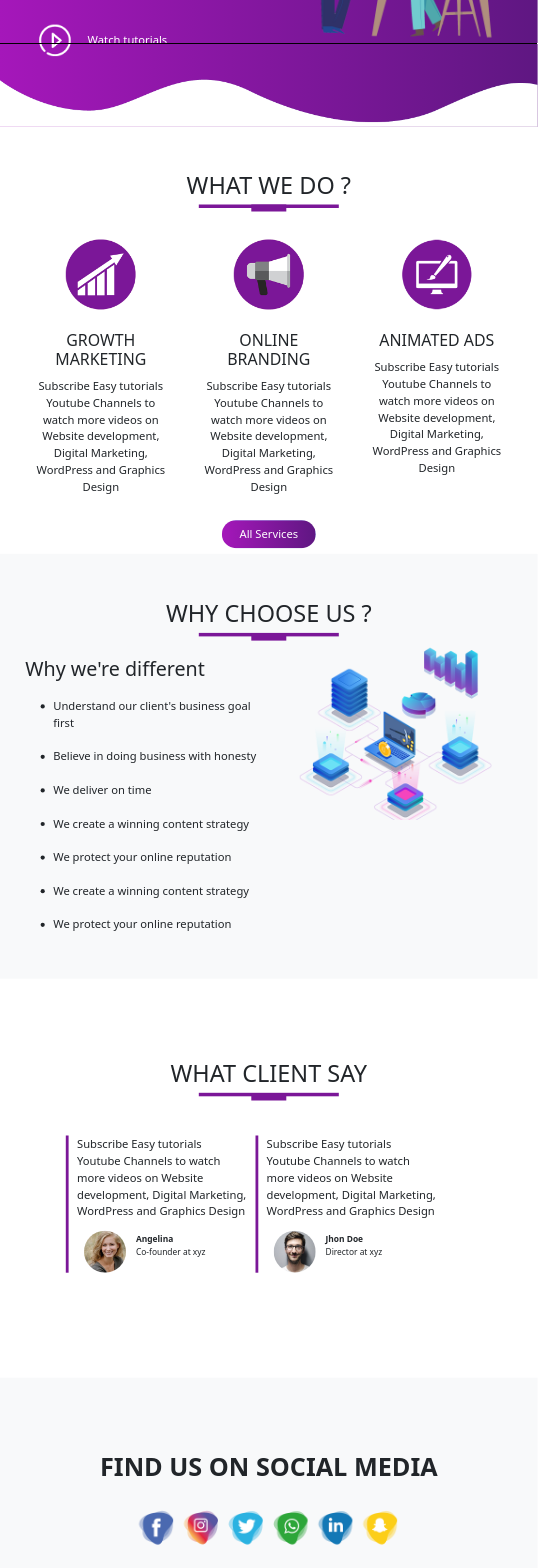
Repository: wadelfadill/Bootstrap_tache_2_website_design
Page: index.html
The author's editor kept a copy of each file at every save. The page is drawn from the files as they stood at one save, then again after the next save.
The browser window is 768 px wide. The pictures show the part of the page from y = 303 to 2543 px (the page is 3021 px tall before and 3012 px after), at 70% of full size.
Some web libraries are served in a nearby version.

Above is the page before, as saved 2023-04-06 15:31:47.

### index.html
<!DOCTYPE html>
<html lang="en">
<head>
    <meta charset="UTF-8">
    <meta http-equiv="X-UA-Compatible" content="IE=edge">
    <meta name="viewport" content="width=device-width, initial-scale=1.0">
    <!-- bootstrap css link -->
    <link href="https://cdn.jsdelivr.net/npm/bootstrap@5.1.3/dist/css/bootstrap.min.css" rel="stylesheet" integrity="sha384-1BmE4kWBq78iYhFldvKuhfTAU6auU8tT94WrHftjDbrCEXSU1oBoqyl2QvZ6jIW3" crossorigin="anonymous">
    <!-- css sheet link -->
    <link rel="stylesheet" href="style.css">
    <!-- fontawsome link -->
    <link rel="stylesheet" href="https://cdn.jsdelivr.net/npm/@fortawesome/fontawesome-free@6.2.1/css/fontawesome.min.css">
    <title>bootstrap_website_design</title>
    <script src="https://kit.fontawesome.com/8f130c8a35.js" crossorigin="anonymous"></script>
</head>
<body>
    <section id="nav-bar" class="sticky-top t-0">
        <nav class="navbar navbar-expand-lg navbar-light p-0">
            <div class="container-fluid">
              <a class="navbar-brand" href="#"><img src="images/demo-logo.png" alt="" class="w-75 h-50 p-2"></a>
              <button class="navbar-toggler" type="button" data-bs-toggle="collapse" data-bs-target="#navbarSupportedContent" aria-controls="navbarSupportedContent" aria-expanded="false" aria-label="Toggle navigation">
                <span><i class="fa-solid fa-bars fs-1" style="color: #ffffff;"></i></span>
              </button>
              <div class="collapse navbar-collapse justify-content-end" id="navbarSupportedContent">
                <ul class="navbar-nav ms-auto mb-2 mb-lg-0 ">
                  <li class="nav-item pt-0 pb-1 fw-bold">
                    <a class="nav-link active text-white float-end text-start" aria-current="page" href="#banner">HOME</a>
                  </li>
                  <li class="nav-item pt-0 pb-1 fw-bold">
                    <a class="nav-link text-white float-end text-start" href="#services">SERVICES</a>
                  </li>
                  <li class="nav-item pt-0 pb-1 fw-bold">
                    <a class="nav-link text-white float-end text-start" href="#about-us">ABOUT US</a>
                  </li>
                  <li class="nav-item pt-0 pb-1 fw-bold">
                    <a class="nav-link text-white float-end text-start" href="#testimonials">TESTIMONIALS</a>
                  </li>
                  <li class="nav-item pt-0 pb-1 fw-bold">
                    <a class="nav-link text-white float-end text-start" href="#footer">CONTACT</a>
                  </li>
                </ul>
              </div>
            </div>
          </nav>
    </section>
     <!--banner section  -->
     <section id="banner" class="text-white pt-5">
      <div class="container">
        <div class="row">
          <div class="col-md-6">
            <p class="h2 mt-5">BEST DIGITAL AGENCY</p>
            <p>
              Subscribe Easy tutorials Youtube Channels to watch more videos on
              Website development, Digital Marketing, WordPress and Graphics Design
            </p>
            <a href="" class="tuto text-white text-decoration-none"><img src="images/play.png" alt="" class="play-btn"> Watch tutorials</a>
          </div>
          <div class="col-md-6 text-center">
            <img src="images/home2.png" alt="" class="img-fluid">
          </div>
        </div>
      </div>
     <img src="images/wave1.png" alt="" class="w-100">
     </section>
     <!-- services section -->
     <section id="services" class="pt-5 pb-0">
        <div class="container text-center">
          <div class="row ">
            <h1 class="title text-center">WHAT WE DO ? </h1>
          </div>

          <div class="row text-center">
            <div class="col-md-4 services">
              <img src="images/service1.png" alt="" class="service-img">
              <h4>Growth Marketing</h4>
              <p>
                Subscribe Easy tutorials Youtube Channels to watch more videos on
                Website development, Digital Marketing, WordPress and Graphics Design
              </p>
            </div>
            <div class="col-md-4 services">
              <img src="images/service2.png" alt="" class="service-img">
              <h4>Online Branding</h4>
              <p>
                Subscribe Easy tutorials Youtube Channels to watch more videos on
                Website development, Digital Marketing, WordPress and Graphics Design
              </p>
            </div>
            <div class="col-md-4 services">
              <img src="images/service3.png" alt="" class="service-img">
              <h4>Animated Ads</h4>
              <p>
                Subscribe Easy tutorials Youtube Channels to watch more videos on
                Website development, Digital Marketing, WordPress and Graphics Design
              </p>
            </div>
          </div>
          <button type="button" class="btn btn-primary mb-2">All Services </button>
        </div>
     </section>
     <!-- about us  -->
     <section id="about-us">
        <div class="container">
          <h1 class="title text-center"> WHY CHOOSE US ?</h1>
          <div class="row">
            <div class="col-md-6">
              <p class="h2 mt-4">Why we're different</p>
              <ul class="ms-2">
                <li class="mt-4 mb-0">Understand our client's business goal first</li>
                <li class="mt-4 mb-0">Believe in doing business with honesty</li>
                <li class="mt-4 mb-0">We deliver on time</li>
                <li class="mt-4 mb-0">We create a winning content strategy</li>
                <li class="mt-4 mb-0">We protect your online reputation</li>
                <li class="mt-4 mb-0">We create a winning content strategy</li>
                <li class="mt-4 mb-0">We protect your online reputation</li>
              </ul>
            </div>
            <div class="col-md-6">
              <img src="images/network.png" alt="" class="img-fluid">
            </div>
          </div>
        </div>
     </section>
     <!-- testimonials section -->
     <section id="testimonials">
      <div class="container">
        <h1 class="title text-center"> WHAT CLIENT SAY</h1>
        <div class="row offset-1">
          <div class="col-md-5 testimonials">
            <p>
              Subscribe Easy tutorials Youtube Channels to watch more videos on
              Website development, Digital Marketing, WordPress and Graphics Design
            </p>
            <img src="images/user1.jpg" alt="">
            <p class="user-details"><b>Angelina</b><br>Co-founder at xyz</p>

          </div>
          <div class="col-md-5 testimonials">
            <p>
              Subscribe Easy tutorials Youtube Channels to watch more videos on
              Website development, Digital Marketing, WordPress and Graphics Design
            </p>
            <img src="images/user2.jpg" alt="">
            <p class="user-details"><b>Jhon Doe</b><br>Director at xyz</p>
          </div>
        </div>
      </div>
     </section>
     <!-- social media section -->
     <section id="social-media">
        <div class="container text-center">
          <p>FIND US ON SOCIAL MEDIA</p>
          <div class="social-icons">
            <a href=""><img src="images/facebook-icon.png" alt=""></a>
            <a href=""><img src="images/instagram-icon.png" alt=""></a>
            <a href=""><img src="images/twitter-icon.png" alt=""></a>
            <a href=""><img src="images/whatsapp-icon.png" alt=""></a>
            <a href=""><img src="images/linkedin-icon.png" alt=""></a>
            <a href=""><img src="images/snapchat-icon.png" alt=""></a>
          </div>

        </div>
     </section>
     <!-- footer section -->
     <section id="footer">
      <img src="images/wave2.png" alt="" class="footer-img">
      <div class="container">
        <div class="row">
          <div class="col-md-4 footer-box">
            <img src="images/demo-logo.png" alt="">
            <p>
              Subscribe Easy tutorials Youtube Channels to watch more videos on
              Website development, Digital Marketing, WordPress and Graphics Design
            </p>

          </div>
          <div class="col-md-4 footer-box">
            <p><b>CONTACT US</b></p>
            <P><i class="fa-solid fa-location-dot" style="color: #ffffff;"></i>World Trade Center, bangalore</P>
            <P><i class="fa-solid fa-phone" style="color: #ffffff;"></i>+1 0123456789</P>
            <P><i class="fa-solid fa-envelope" style="color: #ffffff;"></i>xyz@gmail.com</P>
          </div>
          <div class="col-md-4 footer-box">
            <p><b> SUBSCRIBE NEWSLETTER</b></p>
            <input type="mail" name="" id="" class="form-control" placeholder="Your Email">
            <button type="button" class="btn btn-primary">Subscribe</button>
          </div>
        </div>
        <hr>
        <p class="copyright">Website certified by EL_FADILL</p>
      </div>
     </section>


     <!-- smooth scroll -->
     <script src="https://cdn.jsdelivr.net/gh/cferdinandi/smooth-scroll/dist/smooth-scroll.polyfills.min.js">
        var scroll = new SmoothScroll('a[href*="#"]');
     </script>

        <!-- bootstrap js link -->
    <script src="https://cdn.jsdelivr.net/npm/bootstrap@5.1.3/dist/js/bootstrap.bundle.min.js" integrity="sha384-ka7Sk0Gln4gmtz2MlQnikT1wXgYsOg+OMhuP+IlRH9sENBO0LRn5q+8nbTov4+1p" crossorigin="anonymous"></script>
</body>
</html>

### style.css
*{
    margin: 0;
    padding: 0;
}
.navbar{
    background-image: linear-gradient(to right, #a517ba, #5f1782);
}
.navbar-toggler{
    outline: none !important;
}
/* Banner section */
#banner{
    background-image: linear-gradient(to right, #a517ba, #5f1782);


}
.play-btn{
    width: 45px;
    margin: 20px;
}
.service-img{
    width: 100px;
    margin-top: 20px;
}
.services{
    padding: 20px;
}
.services h4{
    padding: 5px;
    margin-top: 25px;
    text-transform: uppercase;
}
.title::before{
    content:'';
    background: #7b1798;
    height: 5px;
    width: 200px;
    margin-left: auto;
    margin-right: auto;
    display: block;
    transform: translateY(63px);
}
.title::after{
    content:'';
    background: #7b1798;
    height: 10px;
    width: 50px;
    margin-top: 0;
    margin-left: auto;
    margin-right: auto;
    display: block;
    transform: translateY(8px);
}
#services .btn-primary{
    box-shadow: none;
    padding: 8px 25px;
    border-radius: 20px;
    background-image: linear-gradient(to right, #a517ba, #5f1782);
    outline: none;
    border: none;

}
#about-us{
    background: #f8f9fa;
    padding-bottom: 50px;
    padding-top: 50px;
}
/* testimonials section */
#testimonials{
    margin: 100px 0;

}
.testimonials{
    border-left: 4px solid #7b1798;
    margin-top: 50px;
    margin-bottom: 50px;
}
.testimonials img{
    height: 60px;
    width: 60px;
    border-radius: 50%;
    margin: 0 10px;
}
.user-details{
    display: inline-block;
    font-size: 12px;
}
/* social media secion */
#social-media{
    background: #f8f9fa;
    padding: 100px 0;
}
#social-media p{
    font-size: 36px;
    font-weight: 600;
    margin-bottom: 30px;

}
.social-icons img{
    width: 60px;
    transition: 0.5s;
}
.social-icons a:hover img{
    transform: translateY(-10px);
}
/* footer section */
#footer{
    background-image: linear-gradient(to right, #a517ba, #5f1782);
}
.footer-img{
    width: 100%;
}
.footer-box{
    padding: 20px;

}
.footer-box img{
    width: 120px;
    margin-bottom: 20px;
}
.footer-box .fa-solid{
    margin-right: 8px;
    font-size: 25px;
    width: 40px;
    text-align: center;
    padding-top: 7px;
    border-radius: 2px;
    background-image: linear-gradient(to right, #a517ba, #5f1782);
}
.footer-box .form-control{
    box-shadow: none;
    border: none;
    border-radius: 0;
    margin-top: 25px;
    max-width: 250px;
}
.footer-box .btn-primary{
    box-shadow: none;
    border: none;
    border-radius: 0;
    margin-top: 30px;
    background-image: linear-gradient(to right, #a517ba, #5f1782);

}
hr{
    background-color: #ffff;

}
.copyright{
    margin-bottom: 0;
    padding-bottom: 0;
    text-align: center;
}
@media screen and (max-width:768px){
    .title::before{
        margin-bottom: 10px;
    }
}

After the next save:
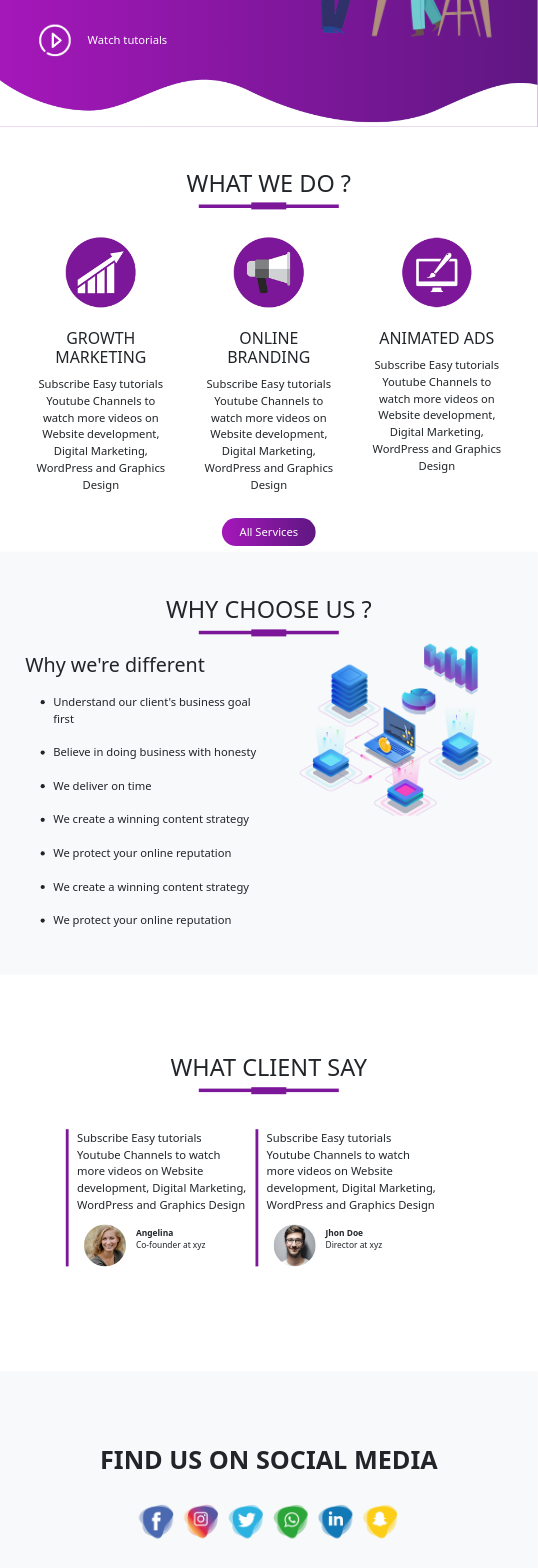
Saved 10 s later.
--- a/style.css
+++ b/style.css
@@ -153,6 +153,6 @@ hr{
 }
 @media screen and (max-width:768px){
     .title::before{
-        margin-bottom: 10px;
+        margin-bottom: 7px;
     }
 }
